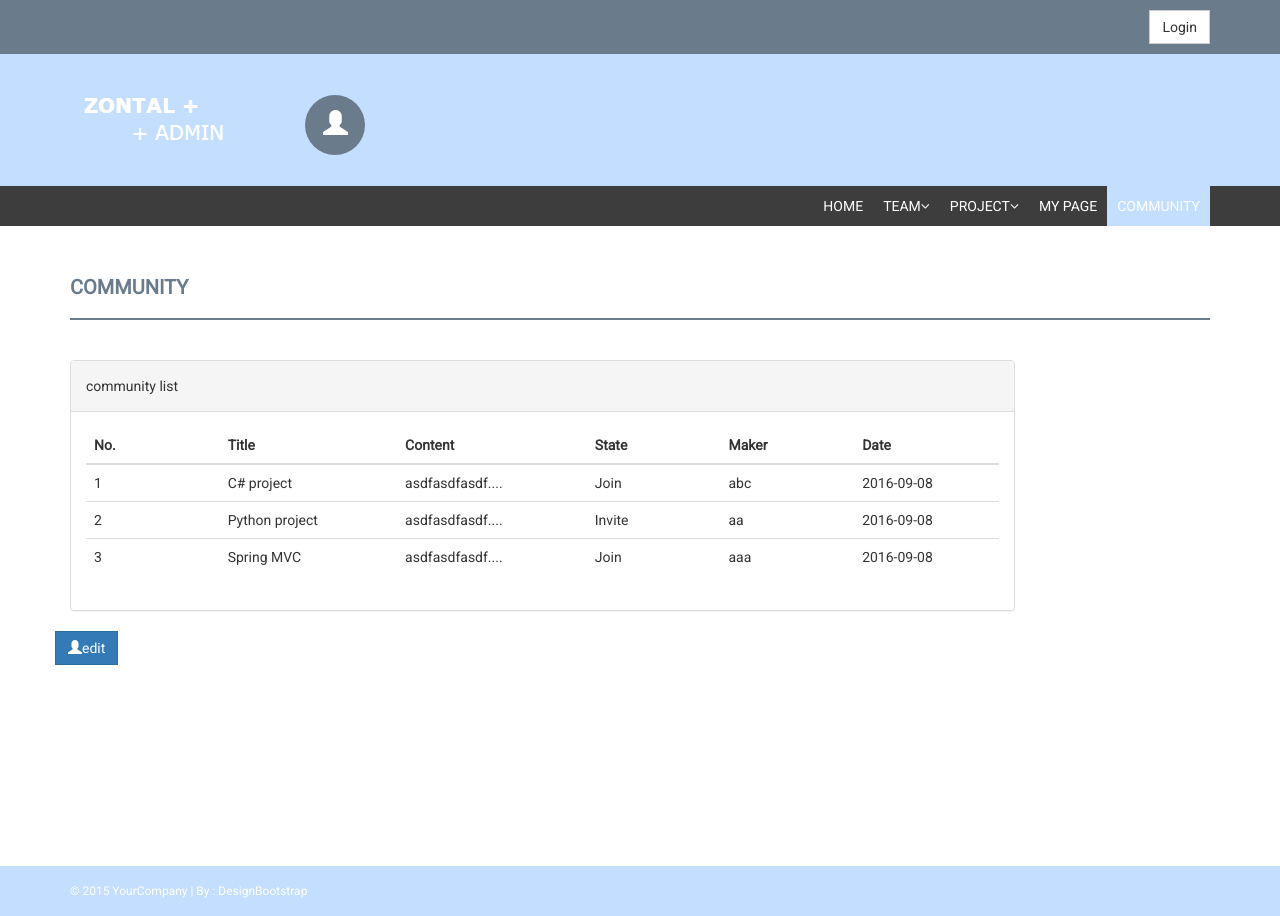
Repository: hwju91/skuniv
Page: http://localhost/0903.2/WEB-INF/jsp/community/communityselect.jsp
The author's editor kept a copy of each file at every save. The page is drawn from the files as they stood at one save, then again after the next save.
The browser window is 1280 px wide. The pictures show the whole page.
The page is served by Tomcat 9. Nobody is signed in. The template is opened directly, without the code that normally fills it, so the values that code supplies are empty.

Above is the page before, as saved 2016-09-08 12:14:58.

After the next save:
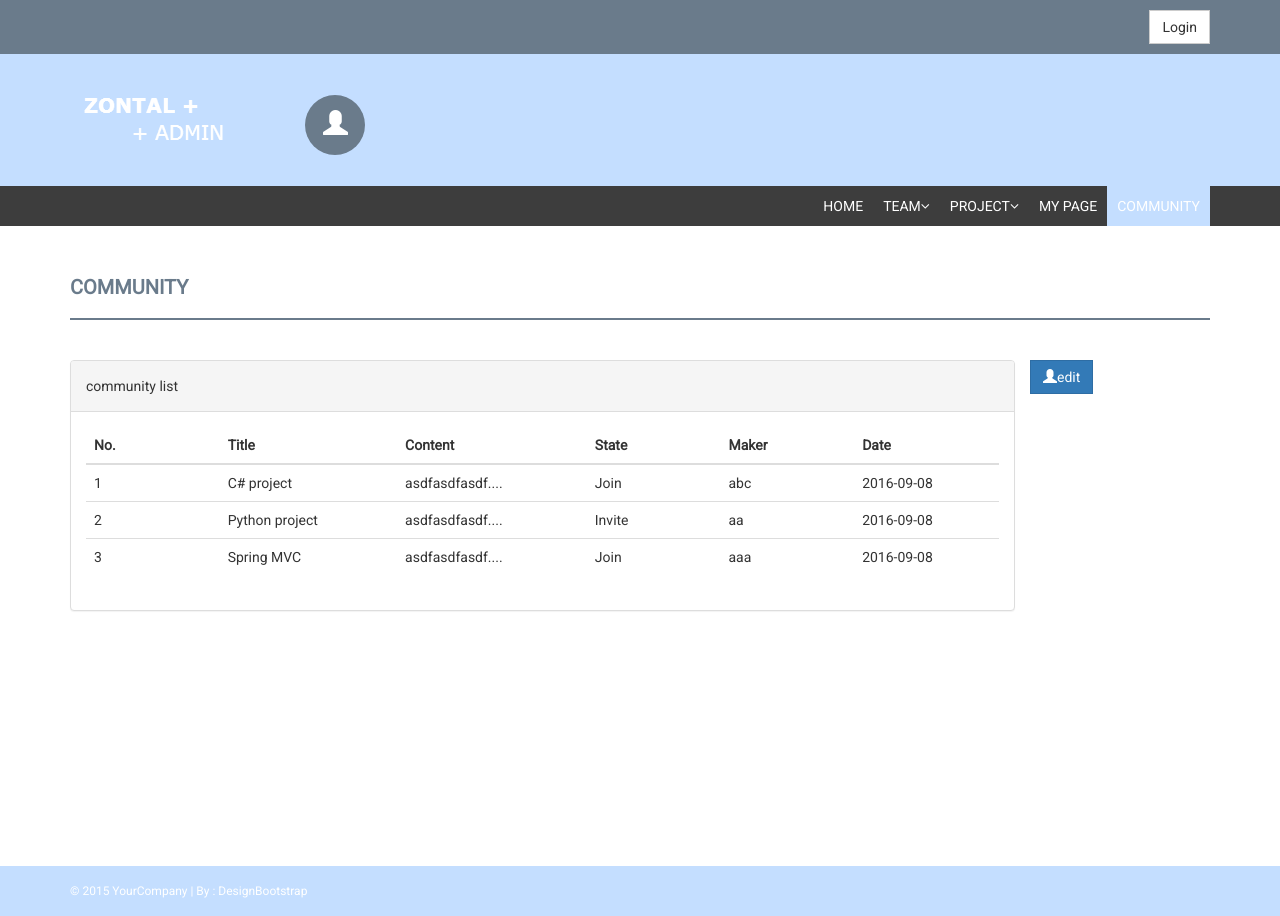
Saved 28 s later.
--- a/0903.2/WebContent/WEB-INF/jsp/community/communityselect.jsp
+++ b/0903.2/WebContent/WEB-INF/jsp/community/communityselect.jsp
@@ -65,10 +65,9 @@
                     </div>
                       <!-- End  Basic Table  -->
                 </div>
-			</div>
-			<div class="row">
-			<a class="btn btn-primary" href="#"><span class="glyphicon glyphicon-user"></span>edit</a>
+                <a class="btn btn-primary" href="#"><span class="glyphicon glyphicon-user"></span>edit</a>
 			</div>
 
 
+
 <jsp:include page="../footer.jsp" />
